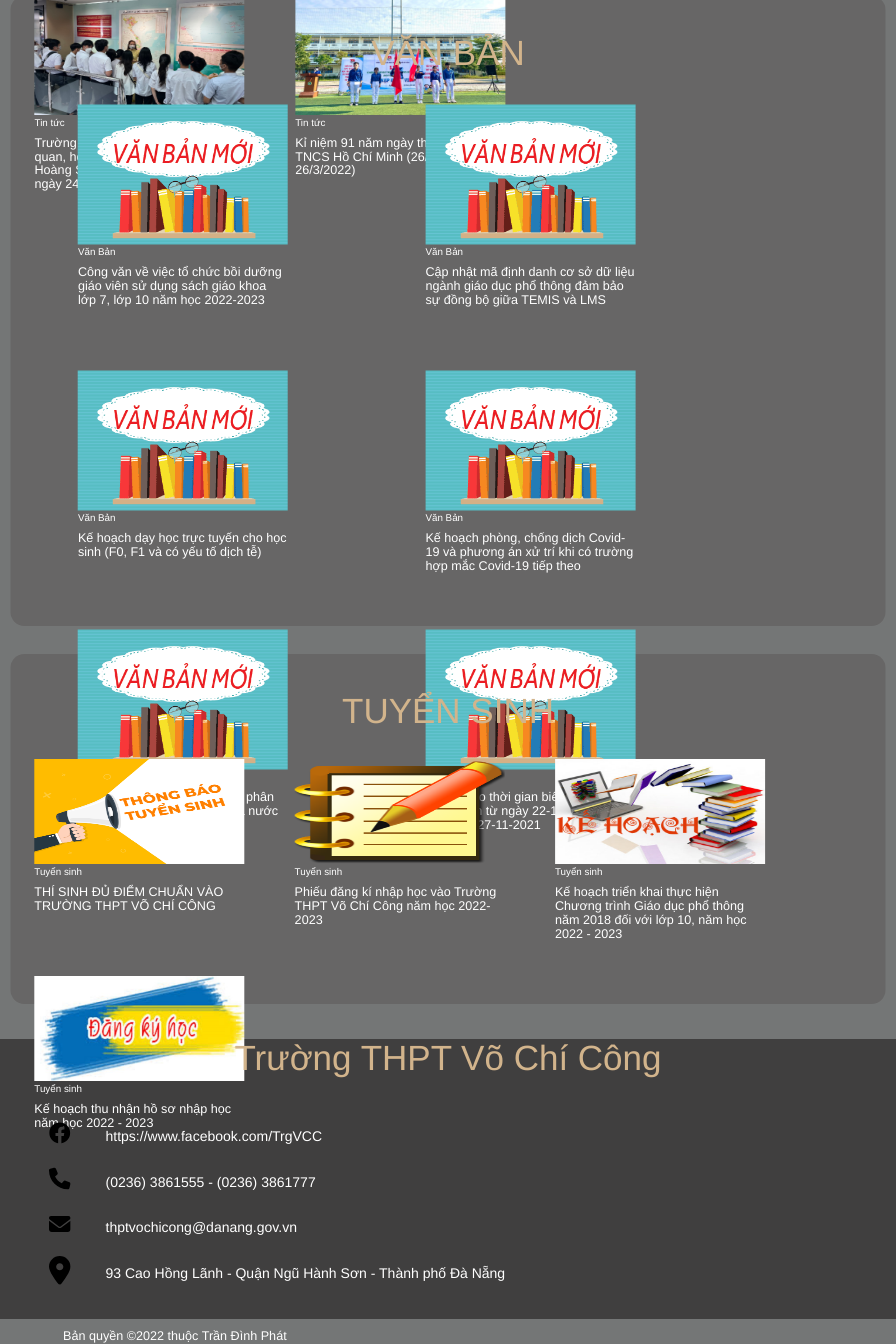
Repository: dphasst17/THPTVCC
Page: index.html
The author's editor kept a copy of each file at every save. The page is drawn from the files as they stood at one save, then again after the next save.
The browser window is 1280 px wide. The pictures show the part of the page from y = 1535 to 3455 px (the page is 3455 px tall before and 3433 px after), at 70% of full size.

Above is the page before, as saved 2022-10-03 19:11:11.

### index.html
<!DOCTYPE html>
<html lang="en">
<head>
    <meta charset="UTF-8">
    <meta http-equiv="X-UA-Compatible" content="IE=edge">
    <meta name="viewport" content="width=device-width, initial-scale=1.0">
    <link rel="stylesheet" href="https://maxcdn.bootstrapcdn.com/bootstrap/3.4.1/css/bootstrap.min.css">
    <script src="https://ajax.googleapis.com/ajax/libs/jquery/3.6.0/jquery.min.js"></script>
    <script src="https://maxcdn.bootstrapcdn.com/bootstrap/3.4.1/js/bootstrap.min.js"></script>
    <script src="https://ajax.googleapis.com/ajax/libs/jquery/3.6.0/jquery.min.js"></script>
    <script src="index.js"></script>
    <link rel="stylesheet" href="style.css">
    <title>Document</title>
</head>
<body>
    <header>
        <div class="logo">
            <a href="#">
                <img src="img/logo.png" alt="">
            </a>
        </div>
        <div class="nav">
            <ul>
                <li><a href="">TRANG CHỦ</a></li>
                <li><a href="#new">TIN TỨC</a></li>
                <li><a href="#document">VĂN BẢN</a></li>
                <li><a href="#admissions">TUYỂN SINH</a></li>
                <li><a href="#contact">LIÊN HỆ</a></li>
            </ul>
        </div>
        <div class="search">
            <input placeholder="Search" spellCheck="false"/>
            <div class="icon-search">
                <svg xmlns="http://www.w3.org/2000/svg" viewBox="0 0 512 512"><path d="M416 208c0 45.9-14.9 88.3-40 122.7L502.6 457.4c12.5 12.5 12.5 32.8 0 45.3s-32.8 12.5-45.3 0L330.7 376c-34.4 25.2-76.8 40-122.7 40C93.1 416 0 322.9 0 208S93.1 0 208 0S416 93.1 416 208zM208 352c79.5 0 144-64.5 144-144s-64.5-144-144-144S64 128.5 64 208s64.5 144 144 144z"strokeWidth="4" stroke="#fff"/></svg>
            </div>
        </div>
        <div class="user">
            <svg xmlns="http://www.w3.org/2000/svg" viewBox="0 0 448 512">
                <path d="M224 256c70.7 0 128-57.3 128-128S294.7 0 224 0S96 57.3 96 128s57.3 128 128 128zm-45.7 48C79.8 304 0 383.8 0 482.3C0 498.7 13.3 512 29.7 512H418.3c16.4 0 29.7-13.3 29.7-29.7C448 383.8 368.2 304 269.7 304H178.3z"/>
            </svg>
            <div class="user_infor">
                <a href="./login.html">Login</a>
            </div>
        </div>
    </header>
    <div class="container">
        <div id="myCarousel" class="carousel slide" data-ride="carousel">
            <!-- Indicators -->
            <ol class="carousel-indicators">
              <li data-target="#myCarousel" data-slide-to="0" class="active"></li>
              <li data-target="#myCarousel" data-slide-to="1"></li>
              <li data-target="#myCarousel" data-slide-to="2"></li>
            </ol>

            <!-- Wrapper for slides -->
            <div class="carousel-inner">
              <div class="item active">
                <img src="img/1.png" alt="Los Angeles" style="width:100%;height:300px;">
              </div>

              <div class="item">
                <img src="img/2.png" alt="Chicago" style="width:100%;height:300px;">
              </div>

              <div class="item">
                <img src="img/3.gif" alt="New york" style="width:100%;height:300px;">
              </div>
            </div>

            <!-- Left and right controls -->
            <a class="left carousel-control" href="#myCarousel" data-slide="prev">
              <span class="glyphicon glyphicon-chevron-left"></span>
              <span class="sr-only">Previous</span>
            </a>
            <a class="right carousel-control" href="#myCarousel" data-slide="next">
              <span class="glyphicon glyphicon-chevron-right"></span>
              <span class="sr-only">Next</span>
            </a>
        </div>
        <div id="new" class="new">
            <h1><br/>TIN TỨC</h1>
            <div class="new_container">
                <img src="img/tintuc/1.jpg" alt="">
                <a>Tin tức</a>
                <h4>LỄ PHÁT ĐỘNG CHIẾN DỊCH TIÊM CHỦNG VẮC XIN PHÒNG COVID-19</h4>
            </div>

            <div class="new_container">
                <img src="img/tintuc/2.jpg" alt="">
                <a>Tin tức</a>
                <h4>TRƯỜNG THPT VÕ CHÍ CÔNG KHAI GIẢNG NĂM HỌC 2022 - 2023</h4>
            </div>

            <div class="new_container">
                <img src="img/tintuc/3.jpg" alt="">
                <a>Tin tức</a>
                <h4>KỶ NIỆM 110 NĂM NGÀY SINH CHỦ TỊCH HỘI ĐỒNG NHÀ NƯỚC VÕ CHÍ CÔNG (7-8-1912 - 7-8-2022)</h4>
            </div>

            <div class="new_container">
                <img src="img/tintuc/5.jpg" alt="">
                <a>Tin tức</a>
                <h4>BNI Foundation Việt Nam tặng 12 xuất học bổng cho học sinh Trường THPT Võ Chí Công</h4>
            </div>

            <div class="new_container">
                <img src="img/tintuc/4.jpg" alt="">
                <a>Tin tức</a>
                <h4>NGÀY HỘI AN TOÀN GIAO THÔNG</h4>
            </div>

            <div class="new_container">
                <img src="img/tintuc/6.jpg" alt="">
                <a>Tin tức</a>
                <h4>Công an quận Ngũ Hành Sơn tổ chức buổi tuyên truyền pháp luật về TTATGT tại Trường THPT Võ Chí Công</h4>
            </div>

            <div class="new_container">
                <img src="img/tintuc/7.jpg" alt="">
                <a>Tin tức</a>
                <h4>Trường THPT Võ Chí Công tham quan, học tập tại nhà trưng bày Hoàng Sa và Bảo tàng Chăm vào ngày 24/4/2022.</h4>
            </div>

            <div class="new_container">
                <img src="img/tintuc/8.jpg" alt="">
                <a>Tin tức</a>
                <h4>Kỉ niệm 91 năm ngày thành lập Đoàn TNCS Hồ Chí Minh (26/3/1931-26/3/2022)</h4>
            </div>

        </div>
        <div id="document" class="document">
            <h1><br/>VĂN BẢN</h1>
            <div class="document_container">
                <img src="img/document/document.png" alt="">
                <a>Văn Bản</a>
                <h4>Công văn về việc tổ chức bồi dưỡng giáo viên sử dụng sách giáo khoa lớp 7, lớp 10 năm học 2022-2023</h4>
            </div>

            <div class="document_container">
                <img src="img/document/document.png" alt="">
                <a>Văn Bản</a>
                <h4>Cập nhật mã định danh cơ sở dữ liệu ngành giáo dục phổ thông đảm bảo sự đồng bộ giữa TEMIS và LMS</h4>
            </div>

            <div class="document_container">
                <img src="img/document/document.png" alt="">
                <a>Văn Bản</a>
                <h4>Kế hoạch dạy học trực tuyến cho học sinh (F0, F1 và có yếu tố dịch tễ)</h4>
            </div>

            <div class="document_container">
                <img src="img/document/document.png" alt="">
                <a>Văn Bản</a>
                <h4>Kế hoạch phòng, chống dịch Covid-19 và phương án xử trí khi có trường hợp mắc Covid-19 tiếp theo</h4>
            </div>

            <div class="document_container">
                <img src="img/document/document.png" alt="">
                <a>Văn Bản</a>
                <h4>Quyết định về việc điều chỉnh phân bổ dự toán chi ngân sách nhà nước năm 2021</h4>
            </div>

            <div class="document_container">
                <img src="img/document/document.png" alt="">
                <a>Văn Bản</a>
                <h4>Thông báo thời gian biểu dạy học trực tuyến từ ngày 22-11-2021 đến hết ngày 27-11-2021</h4>
            </div>

        </div>
        <div id="admissions" class="admissions">
            <h1><br/>TUYỂN SINH</h1>
            <div class="admissions_container">
                <img src="img/tuyensinh/62bd6eef82783.png" alt="">
                <a>Tuyển sinh</a>
                <h4>THÍ SINH ĐỦ ĐIỂM CHUẨN VÀO TRƯỜNG THPT VÕ CHÍ CÔNG</h4>
            </div>

            <div class="admissions_container">
                <img src="img/tuyensinh/62bd721661331.png" alt="">
                <a>Tuyển sinh</a>
                <h4>Phiếu đăng kí nhập học vào Trường THPT Võ Chí Công năm học 2022-2023</h4>
            </div>

            <div class="admissions_container">
                <img src="img/tuyensinh/62105906d7bc2.png" alt="">
                <a>Tuyển sinh</a>
                <h4>Kế hoạch triển khai thực hiện Chương trình Giáo dục phổ thông năm 2018 đối với lớp 10, năm học 2022 - 2023</h4>
            </div>

            <div class="admissions_container">
                <img src="img/tuyensinh/611cfe00cd3bf.jpg" alt="">
                <a>Tuyển sinh</a>
                <h4>Kế hoạch thu nhận hồ sơ nhập học năm học 2022 - 2023</h4>
            </div>

        </div>
    </div>
    <div id="contact" class="contact">
        <h1>Trường THPT Võ Chí Công</h1>
        <div class="contact_container">
            <div class="svg">
                <svg xmlns="http://www.w3.org/2000/svg" viewBox="0 0 512 512">
                    <path d="M504 256C504 119 393 8 256 8S8 119 8 256c0 123.78 90.69 226.38 209.25 245V327.69h-63V256h63v-54.64c0-62.15 37-96.48 93.67-96.48 27.14 0 55.52 4.84 55.52 4.84v61h-31.28c-30.8 0-40.41 19.12-40.41 38.73V256h68.78l-11 71.69h-57.78V501C413.31 482.38 504 379.78 504 256z"/></svg>
                    <a href="https://www.facebook.com/TrgVCC">https://www.facebook.com/TrgVCC</a>
            </div>
        </div>
        <div class="contact_container">
            <div class="svg">
                <svg xmlns="http://www.w3.org/2000/svg" viewBox="0 0 512 512">
                    <path d="M164.9 24.6c-7.7-18.6-28-28.5-47.4-23.2l-88 24C12.1 30.2 0 46 0 64C0 311.4 200.6 512 448 512c18 0 33.8-12.1 38.6-29.5l24-88c5.3-19.4-4.6-39.7-23.2-47.4l-96-40c-16.3-6.8-35.2-2.1-46.3 11.6L304.7 368C234.3 334.7 177.3 277.7 144 207.3L193.3 167c13.7-11.2 18.4-30 11.6-46.3l-40-96z"/></svg>
                    <a>(0236) 3861555 - (0236) 3861777</a>
            </div>
        </div>
        <div class="contact_container">
            <div class="svg">
                <svg xmlns="http://www.w3.org/2000/svg" viewBox="0 0 512 512">
                    <path d="M48 64C21.5 64 0 85.5 0 112c0 15.1 7.1 29.3 19.2 38.4L236.8 313.6c11.4 8.5 27 8.5 38.4 0L492.8 150.4c12.1-9.1 19.2-23.3 19.2-38.4c0-26.5-21.5-48-48-48H48zM0 176V384c0 35.3 28.7 64 64 64H448c35.3 0 64-28.7 64-64V176L294.4 339.2c-22.8 17.1-54 17.1-76.8 0L0 176z"/></svg>
                    <a>thptvochicong@danang.gov.vn</a>
            </div>
        </div>
        <div class="contact_container">
            <div class="svg">
                <svg xmlns="http://www.w3.org/2000/svg" viewBox="0 0 384 512">
                    <path d="M215.7 499.2C267 435 384 279.4 384 192C384 86 298 0 192 0S0 86 0 192c0 87.4 117 243 168.3 307.2c12.3 15.3 35.1 15.3 47.4 0zM192 256c-35.3 0-64-28.7-64-64s28.7-64 64-64s64 28.7 64 64s-28.7 64-64 64z"/></svg>
                    <a>93 Cao Hồng Lãnh - Quận Ngũ Hành Sơn - Thành phố Đà Nẵng</a>
            </div>
        </div>
        <h4>Bản quyền ©2022 thuộc Trần Đình Phát</h4>
    </div>
</body>
</html>

### index.js
$(document).ready(function(){
    $('.user').click(function(){
        $('.user_infor').fadeToggle('user_info')
    })
})

### style.css
html{
    scroll-behavior: smooth;
}
body{
    margin:0;
    text-decoration:none;
    background-color:rgb(116, 118, 118);;
}
header{
    width:100%;
    height:100px;
    top:0;
    left:0;
    right:0;
    position:relative;
    z-index: 111;
}
.logo img{
    width:6%;
    margin:10px 30px;
    position:absolute;
}
.nav{
    position:absolute;
    width:51%;
    height:50px;
    background-color:rgb(103, 102, 102);
    border-radius:10px;
    margin:20px 170px;
}
.nav ul li{
    display:inline-block;
    width:120px;
    margin-left:15px;
    text-decoration:none;
    line-height: 44px;
    text-align:center;
}
.nav a{
    display:block;
    width:120px;
    height:50px;
    text-decoration:none;
    font-size:18px;
    color:tan;
    line-height: 48px;
}
.search{
    width: 350px;
    height: 50px;
    position: absolute;
    background-color: rgb(103, 102, 102);
    margin-left: 66%;
    margin-top:20px;
    border-radius: 10px;
}
.search input{
    width:340px;
    height:40px;
    margin:5px;
    border-style:none;
    background-color:rgb(103, 102, 102);
    color:#fff;
    outline: none;
    font-size:15px;
}
.icon-search{
    position: absolute;
    background-color: transparent;
    border: 0 none;
    width: 10%;
    margin: -12% 85%;
}
.user{
    width:50px;
    height:50px;
    float:right;
    margin:20px 50px;
    border-radius:50px;
    background-color:rgb(103, 102, 102);
}
.user svg{
    width:70%;
    margin:3px 8px;
}
.user a{
    color:tan;
    text-decoration:none;
}
.user_infor{
    display:none;
    width:100px;
    height:100px;
    background-color: rgb(103, 102, 102);
    border-radius:10px;
    margin: 10px -25px;
    text-align:center;
}

.container{
    width:100%;
    height:auto;
    margin:50px 0;
}
.new{
    width:100%;
    height:1000px;
    background-color:rgb(103, 102, 102);
    margin-top:40px;
    border-radius:20px;
}
h1{
    color:tan;
    text-align:center;
    font-size:50px;
}
.new_container{
    width:300px;
    height:350px;
    display:inline-flex;
    margin:25px 34.3px;
    flex-wrap: wrap;
    align-content: center;
}
.new_container img{
    width:300px;
    height:200px;
}
.new_container h4{
    color:#fff;
}
.new_container a{
    color:#fff;
    text-decoration:none;
}
.document{
    width:100%;
    height:900px;
    background-color:rgb(103, 102, 102);
    margin-top:40px;
    border-radius:20px;
}
.document img{
    width:300px;
    height:200px;
}
.document_container{
    width:300px;
    height:350px;
    display:inline-flex;
    margin: 10px 96.3px;
    flex-wrap: wrap;
    align-content: center;
}
.document_container h4{
    color:#fff;
}
.document_container a{
    color:#fff;
    text-decoration:none;
}
.admissions{
    width:100%;
    height:500px;
    background-color:rgb(103, 102, 102);
    margin-top:40px;
    border-radius:20px;
}
.admissions_container{
    width:300px;
    height:150px;
    display:inline-flex;
    margin: 70px 34px;
    flex-wrap: wrap;
    align-content: center;
}
.admissions_container img{
    width:300px;
    height:150px;
}
.admissions_container a{
    color:#fff;
    text-decoration:none;
}
.admissions_container h4{
    color:#fff;
}
.contact{
    width:100%;
    height:400px;
    background-color:rgb(64, 63, 63);
}
.contact h4{
    color:#fff;
    margin:90px;
}
.contact_container{
    display:inline-flex;
    width:90%;
    height:15%;
    margin-left:70px;
}
.svg {
    display:flex;
    position:absolute;
    width:80%;
    margin-top:50px;
}
.svg a{
    font-size: 20px;
    margin-left:50px;
    margin-top:10px;
    color:#fff;
}
.svg svg{
    width:3%;
}

After the next save:
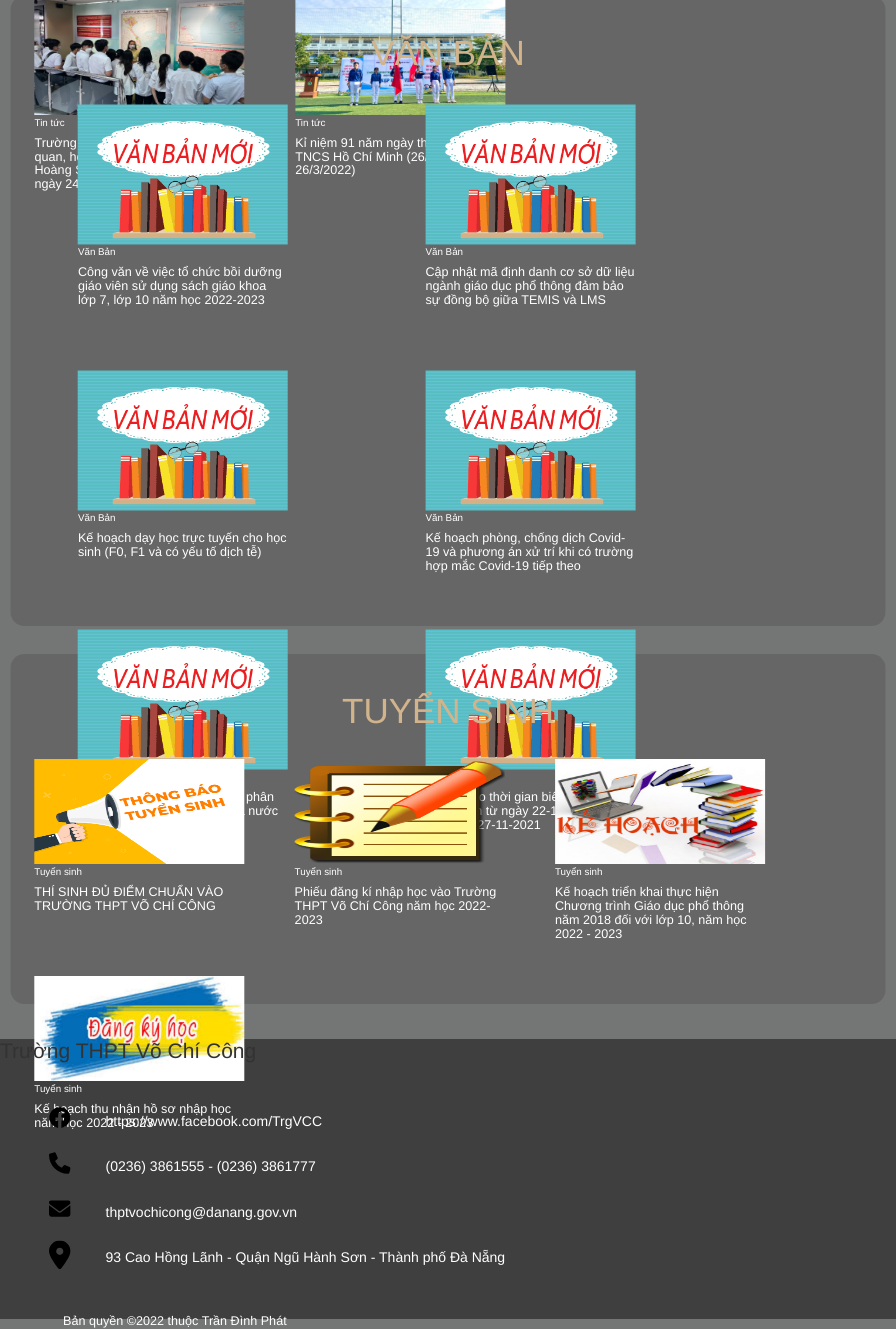
Saved 9 s later.
--- a/index.html
+++ b/index.html
@@ -196,7 +196,7 @@
         </div>
     </div>
     <div id="contact" class="contact">
-        <h1>Trường THPT Võ Chí Công</h1>
+        <h2>Trường THPT Võ Chí Công</h2>
         <div class="contact_container">
             <div class="svg">
                 <svg xmlns="http://www.w3.org/2000/svg" viewBox="0 0 512 512">
